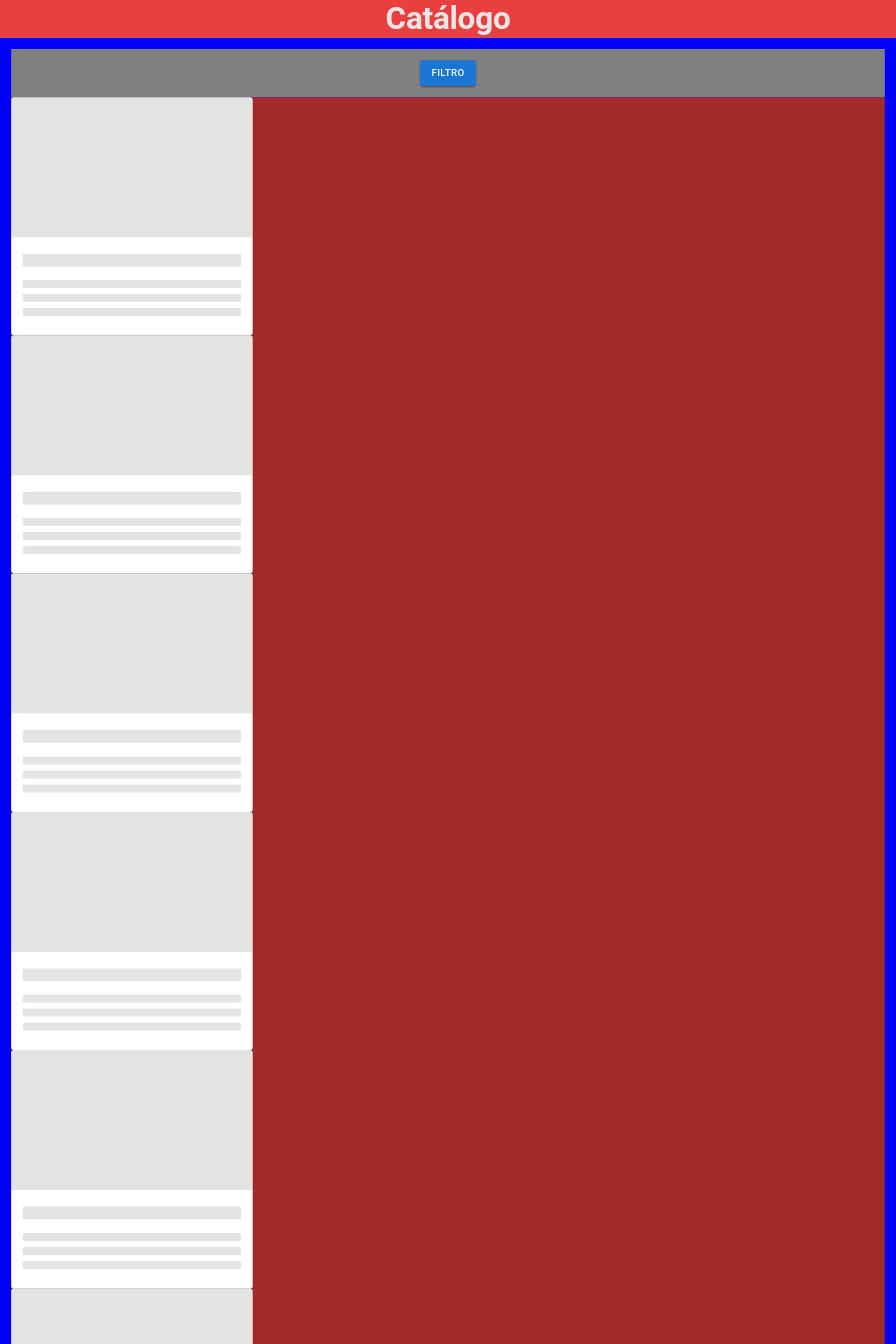
Repository: lenx0/PokeWiki-Front
Page: /
The author's editor kept a copy of each file at every save. The page is drawn from the files as they stood at one save, then again after the next save.
The browser window is 1280 px wide. The pictures show the part of the page from y = 0 to 1920 px (the page is 4328 px tall before and 4274 px after), at 70% of full size.
The page's requests for data from a server got no answer. The project was rebuilt for these pictures with package versions that can differ from the ones it lists, and the page was loaded fresh each time. The framework's server and built-in components were replaced by stand-ins that run in the browser. No one was signed in, and anything a server would have sent is missing. Also part of the build but not shown: next.config.mjs.

Above is the page before, as saved 2024-02-17 12:27:09.

### src/app/layout.js
import { Inter } from "next/font/google";
import "./globals.css";

const inter = Inter({ subsets: ["latin"] });

export default function RootLayout({ children }) {
  return (
    <html lang="en">
      <body className={inter.className}>{children}</body>
    </html>
  );
}

### src/app/page.js
'use client'
import PokemonList from "./pages/PokemonList/page";

export default function Home() {
  return (
    <PokemonList />
  );
}

### src/app/pages/PokemonList/page.jsx
import { Box, Grid, Typography } from "@mui/material";

import Cards from "@/app/components/Cards";

export default function PokemonList() {
  return (
    <>
      <Grid
        item
        backgroundColor="#e93232ee"
        textAlign="center"
      >
        <Typography variant="h2" fontSize={45} fontWeight={700} color="#e6e6e6">
          Catálogo
        </Typography>
      </Grid>
      <Grid padding={2} backgroundColor="blue">
        <Cards />
      </Grid>
    </>
  );
}

### src/app/components/Cards/index.jsx
"use client";
import React, { useEffect, useState } from "react";
import {
  Card,
  CardContent,
  Typography,
  Grid,
  CardMedia,
  Box,
  Button,
} from "@mui/material";

import PokemonService from "@/services/PokemonService";
import { capitalizeFirstLetter } from "@/services/utils/CapitalizeFirstLetter";
import PokemonCardSkeleton from "../Skeleton";
import Pagination from "../Pagination";

export default function Cards() {
  const [pokemonList, setPokemonList] = useState([]);
  const [loading, setLoading] = useState(true);
  const [page, setPage] = useState(1);
  const [totalPages, setTotalPages] = useState(0);
  const [itemsPerPage, setItemsPerPage] = useState(12);

  useEffect(() => {
    async function getPokemon() {
      setLoading(true);

      const limit = itemsPerPage;
      const offset = (page - 1) * itemsPerPage;
      const pokemonListResponse = await PokemonService.getPokemon(
        limit,
        offset
      );
      const totalPokemon = pokemonListResponse.count;
      setTotalPages(Math.ceil(totalPokemon / itemsPerPage));

      const pokemonUrls = pokemonListResponse.results.map(
        (pokemon) => pokemon.url
      );
      const detailedPokemonList = await Promise.all(
        pokemonUrls.map(async (url) => {
          const pokemonDetailsResponse = await PokemonService.getPokemonDetails(
            url
          );
          return pokemonDetailsResponse;
        })
      );
      setPokemonList(detailedPokemonList);
      setLoading(false);
    }
    getPokemon();
  }, [page, itemsPerPage]);

  return (
    <>
      <Grid container py={2} justifyContent="center" backgroundColor="grey" >
        <Grid item>
          <Button variant="contained">Filtro</Button>
        </Grid>
      </Grid>
      <Grid container xl={12} lg={12} backgroundColor="brown" justifyContent="center">
        {(loading || pokemonList.length === 0) &&
          Array.from({ length: itemsPerPage }).map((_, index) => (
            <Grid item xl={12} lg={12} xs={12} sm={6} md={4} key={index}>
              <PokemonCardSkeleton />
            </Grid>
          ))}
        {!loading &&
          pokemonList.map((pokemon, index) => (
            <Grid item xs={12} sm={6} md={4} lg={4} xl={2} key={index}>
              <Card
                sx={{
                  maxWidth: 245,
                  border: "none",
                  boxShadow: "2px 4px 8px 8px rgba(0,0,0,0.2)",
                }}
              >
                <CardMedia
                  component="img"
                  height="auto"
                  image={
                    pokemon.sprites.other["official-artwork"].front_default
                  }
                  alt={pokemon.name}
                />
                <CardContent>
                  <Box textAlign="center">
                    <Typography
                      gutterBottom
                      variant="h5"
                      fontWeight="700"
                      component="div"
                    >
                      {capitalizeFirstLetter(pokemon.name)}
                    </Typography>
                    <Typography variant="body2" color="text.secondary">
                      Número: {pokemon.order}
                    </Typography>
                    <Typography variant="body2" color="text.secondary">
                      Altura: {pokemon.height}
                    </Typography>
                    <Typography variant="body2" color="text.secondary">
                      Peso: {pokemon.weight}
                    </Typography>
                  </Box>
                </CardContent>
              </Card>
            </Grid>
          ))}
        <Grid item lg={12} xs={12}>
          <Pagination
            page={page}
            totalPages={totalPages}
            setPage={setPage}
            itemsPerPage={itemsPerPage}
            setItemsPerPage={setItemsPerPage}
          />
        </Grid>
      </Grid>
    </>
  );
}

### src/services/PokemonService.js
import HttpClient from "./utils/HttpClient";

class PokemonService {
  async getPokemon(limit, offset) {
    const url = `${process.env.NEXT_PUBLIC_API_BASE}?limit=${limit}&offset=${offset}`;
    const response = await HttpClient.getData(url);
    return response;
  }

  async getPokemonDetails(url) {
    const response = await HttpClient.getData(url);
    return response;
  }
}

export default new PokemonService();

### src/services/utils/CapitalizeFirstLetter.js
export function capitalizeFirstLetter(string) {
    return string.charAt(0).toUpperCase() + string.slice(1);
  }

### src/app/components/Skeleton/index.jsx
import React from "react";
import { Card, CardContent, Typography, Skeleton } from "@mui/material";

export default function PokemonCardSkeleton() {
  return (
    <Card sx={{ maxWidth: 345, border: "none" }}>
      <Skeleton variant="rectangular" width="100%" height={200} />
      <CardContent>
        <Typography gutterBottom variant="h5" component="div">
          <Skeleton />
        </Typography>
        <Typography variant="body2" color="text.secondary">
          <Skeleton />
        </Typography>
        <Typography variant="body2" color="text.secondary">
          <Skeleton />
        </Typography>
        <Typography variant="body2" color="text.secondary">
          <Skeleton />
        </Typography>
      </CardContent>
    </Card>
  );
}

### src/app/components/Pagination/index.jsx
import { Box, Button, MenuItem, Select, Typography } from "@mui/material";

const Pagination = ({
  page,
  totalPages,
  itemsPerPage,
  setPage,
  setItemsPerPage,
}) => {

  const nextPage = () => {
    setPage(page + 1);
  };

  const prevPage = () => {
    setPage(page - 1);
  };

  const goToFirstPage = () => {
    setPage(1);
  };

  const goToLastPage = () => {
    setPage(totalPages);
  };

  const handleChangeItemsPerPage = (event) => {
    const newItemsPerPage = parseInt(event.target.value);
    setItemsPerPage(newItemsPerPage);
    setPage(1);
  };

  return (
    <Box
      mt={4}
      gap={1}
      display="flex"
      justifyContent="center"
      alignItems="center"
    >
      <Button variant="contained" onClick={goToFirstPage} disabled={page === 1}>
        Primeira
      </Button>
      <Button variant="contained" onClick={prevPage} disabled={page === 1}>
        Anterior
      </Button>
      <Typography variant="body1">
        Página {page} de {totalPages}
      </Typography>
      <Button
        variant="contained"
        onClick={nextPage}
        disabled={page === totalPages}
      >
        Próxima
      </Button>
      <Button
        variant="contained"
        onClick={goToLastPage}
        disabled={page === totalPages}
      >
        Última
      </Button>
      <Select
        value={itemsPerPage}
        onChange={handleChangeItemsPerPage}
        label="Itens por página"
        variant="outlined"
        style={{ marginLeft: 10 }}
      >
        <MenuItem value={6}>6</MenuItem>
        <MenuItem value={12}>12</MenuItem>
        <MenuItem value={24}>24</MenuItem>
        <MenuItem value={48}>48</MenuItem>
      </Select>
    </Box>
  );
};

export default Pagination;

### src/services/utils/HttpClient.js
class HttpClient {
  async getData(url, filter) {
    try {
      const queryParams = new URLSearchParams({
        filter,
        option: {},
        page: 1,
        pageSize: 1000
      });
      const urlWithParams = `${url}?${queryParams.toString()}`;

      const response = await fetch(urlWithParams);

      if (!response.ok) {
        throw new Error(`Erro ao obter os dados: ${response.status}`);
      }

      return response.json();
    } catch (error) {
      console.error('Erro ao realizar a requisição:', error);
      throw error;
    }
  }

  async getDataDetails(url, filter) {
    try {
      let raw = JSON.stringify({
        filter,
        option: {},
        page: 1,
        pageSize: 100
      })

      let requestOptions = {
        method: 'GET',
        body: raw,
        redirect: 'follow'
      }

      const response = await fetch(url, requestOptions);

      if (!response.ok) {
        throw new Error(`Erro ao obter os detalhes: ${response.status}`);
      }

      return response.json();
    } catch (error) {
      console.error('Erro ao realizar a requisição:', error);
      throw error;
    }
  }
}

export default new HttpClient();

Loaded but not shown: src/app/globals.css (common file)

After the next save:
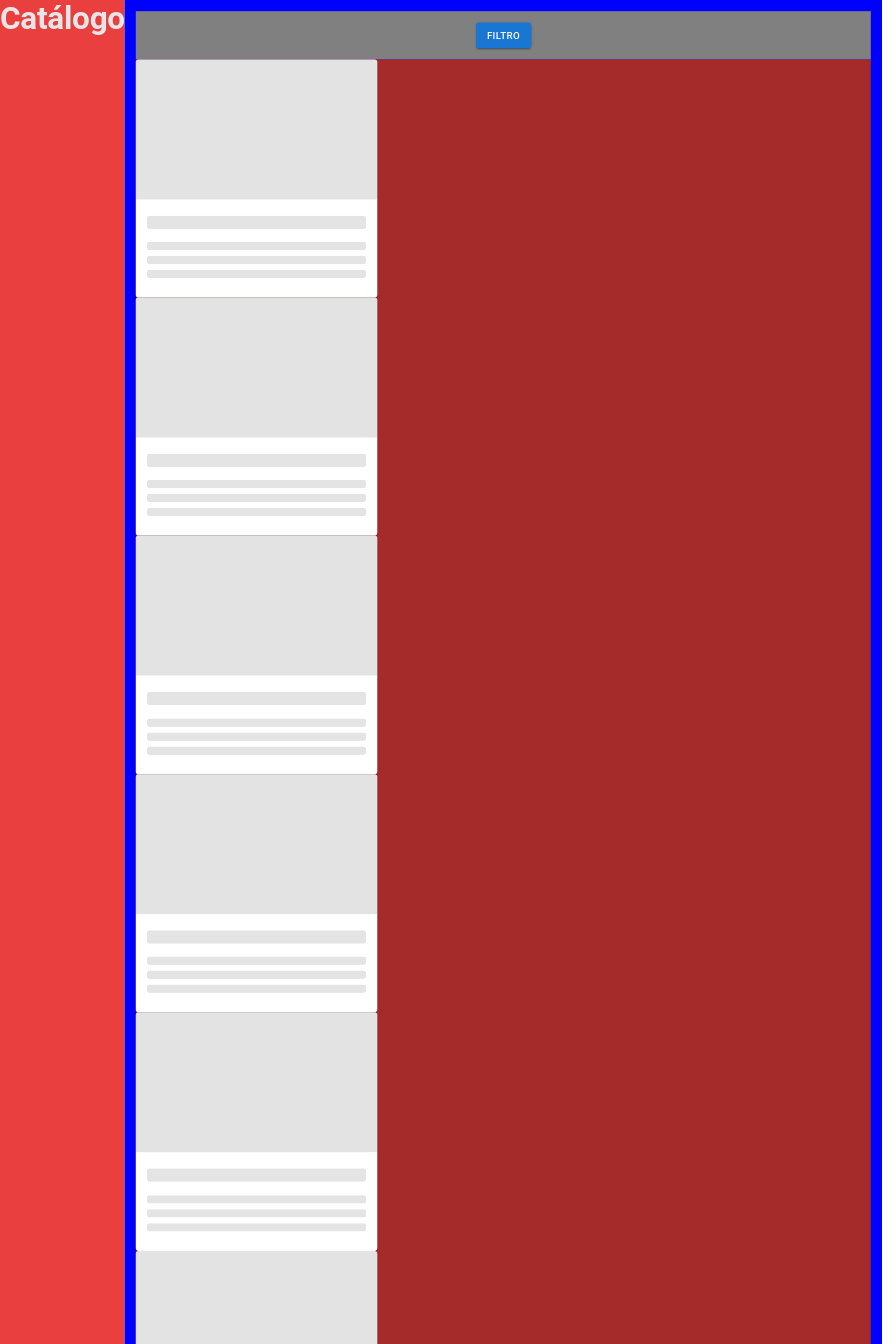
Saved 44 s later.
--- a/src/app/pages/PokemonList/page.jsx
+++ b/src/app/pages/PokemonList/page.jsx
@@ -4,7 +4,7 @@ import Cards from "@/app/components/Cards";
 
 export default function PokemonList() {
   return (
-    <>
+    <Grid container>
       <Grid
         item
         backgroundColor="#e93232ee"
@@ -14,9 +14,9 @@ export default function PokemonList() {
           Catálogo
         </Typography>
       </Grid>
-      <Grid padding={2} backgroundColor="blue">
+      <Grid item padding={2} backgroundColor="blue">
         <Cards />
       </Grid>
-    </>
+      </Grid>
   );
 }
